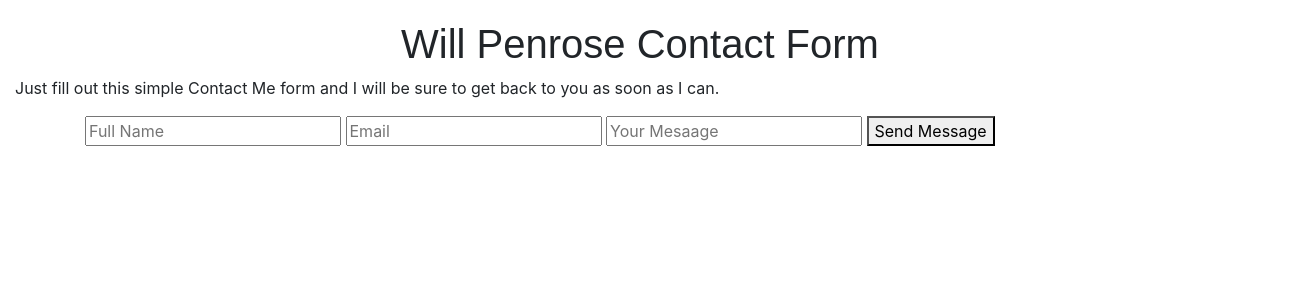
Repository: Code-Institute-Submissions/user-centric-frontend-dev-milestone-project
Page: contact.html
The author's editor kept a record of every edit. The page is drawn from the files as they stood at one moment, then again after the next edit.
The browser window is 1280 px wide. The page is 1280 px wide, then 1295 px, so the pictures cover 1295 px, including what lies to the right of the window. The pictures show the whole page.
Some web fonts or font styles are not loaded; a fallback is used.

Above is the page before.

### contact.html
<!DOCTYPE html>
<html lang="en">
<head>
    <meta charset="UTF-8">
    <meta name="viewport" content="width=device-width, initial-scale=1.0">
    <meta http-equiv="X-UA-Compatible" content="ie=edge">
    <link rel="stylesheet" href="style.css" type="text/css" />
    <link rel="stylesheet" href="https://stackpath.bootstrapcdn.com/bootstrap/4.3.1/css/bootstrap.min.css" type="text/css" />
    <title>Will Penrose Contact Form</title>
</head>
<body>
    <div class="container-fluid">
        <div class="row">
            <div class="col">
                <h1 class="contact-title">Will Penrose Contact Form</h1>
                <p class="contact-paragraph">
                    Just fill out this simple Contact Me form and I will be sure to get back to you as soon as I can.
                </p>
            </div>
        </div>
    </div>
    <div class="container contact-form">
        <div class="row">
            <div class="col-12">
                <form>
                    <input type="text" name="Name" placeholder="Full Name"/>
                    <input type="text" name="Email" placeholder="Email"/>
                    <input type="textarea" name="Mesaage" placeholder="Your Mesaage"/>
                    <button name="Send" type="submit">Send Message</button>
                </form>
            </div>
        </div>
    </div>
</body>
</html>

### assets/css/style.css
@import url('https://fonts.googleapis.com/css?family=Odibee+Sans&display=swap:100,200,300,400,500,600,700|PT Sans Narrow:100,200,300,400,500,600,700');

/*---------------------------Navbar*/

.navbar {
    font-family: "Odibee Sans", sans-serif;
    font-size: 20px;
    letter-spacing: 1px;
    font-weight: 600;
}

/*---------------------------General*/

.inline-block {
    display: inline-block;
}

/*---------------------------Home Page Heading*/

.heading {
    text-align: center;
    margin: 0;
    padding-top: 100px;
}

img {
    width: 100%;
    height: 100%;
}

.jumbotron .name {
    font-family: "Odibee Sans", sans-serif;
    font-weight: 500;
    font-size: 60px
}

.jumbotron .title {
    font-family: "PT Sans Narrow", sans-serif;
    font-weight: 300;
    font-size: 40px
}

/*----------------------Home Page Text*/

.paragraph-heading {
    font-family: "Odibee Sans", sans-serif;
    font-size: 50px;
    text-align: center;
    text-decoration: underline;

}

.home-paragraphs {
    font-family: "PT Sans Narrow", sans-serif;
    font-size: 30px;
    width: 100%;
}

/*----------------------Media Quires*/

@media (max-width: 992px) {
    .home-paragraphs {
        padding-top: 20px;
    }
}

/*----------------------Contact Form*/


.contact-title {
    font-family: "Odibee Sans", sans-serif;
    padding-top: 20px;
    text-align: center;
}

/*----------------------Footer and Socials*/

footer {
    background-color: #343a40;
    color: rgba(255, 255, 255, 0.5);
    margin-top: 10px
}

.footer-paragraph {
    font-family: "PT Sans Narrow", sans-serif;
    text-align: center;
    font-size: 20px;
    font-weight: 400;
}

.footer-section {
    padding-top: 30px;
    text-align: center;
    font-family: "Odibee Sans", sans-serif;
    letter-spacing: 1px;
    font-size: 20px;
    font-weight: 600;
}

/*----------------------Footer Icons*/

.social-links li a i {
    width: 64px;
    height: 64px;
    color: #fff;
    padding: 30px;
}


p a i {
    width: 64px;
    height: 64px;
    color: #fff;
    padding-top: 20px;
}


/*----------------------Story Page*/

.story {
    margin: 0;
    padding-top: 100px;
}

.story-heading {
    font-family: "Odibee Sans", sans-serif;
    font-size: 50px;
    text-align: center;
}

.story-paragraphs {
    font-family: "PT Sans Narrow", sans-serif;
    font-size: 30px;
    display: inline-block;
}


/*----------------------Story Subheadings*/

.birth-subheading {
    font-family: "Odibee Sans", sans-serif;
    font-size: 40px;
    text-align: left;
    text-decoration: underline;
    padding-bottom: 10px
}

.years-subheading {
    font-family: "Odibee Sans", sans-serif;
    font-size: 40px;
    text-align: left;
    text-decoration: underline;
    padding-bottom: 10px
}

.leading-subheading {
    font-family: "Odibee Sans", sans-serif;
    font-size: 40px;
    text-align: left;
    text-decoration: underline;
    padding-bottom: 10px
}

.teen-subheading {
    font-family: "Odibee Sans", sans-serif;
    font-size: 40px;
    text-align: left;
    text-decoration: underline;
    padding-bottom: 10px
}

.present-subheading {
    font-family: "Odibee Sans", sans-serif;
    font-size: 40px;
    text-align: left;
    text-decoration: underline;
    padding-bottom: 10px
}


/*----------------------Gallery Page*/

.gallery {
    margin: 0;
    padding-top: 100px;
}

.gallery-heading {
    font-family: "Odibee Sans", sans-serif;
    font-size: 50px;
    text-align: center;
}

/*----------------------Gallery Images*/

.toprow {
    border-style: solid;
    border-width: 5px;
    border-color: #000;
    max-width: 100%;
    height: auto;
    padding-right: 10px;
    padding-left: 10px;
}

.image_group {
    font-family: "PT Sans Narrow", sans-serif;
    font-size: 25px;
    font-weight: 700;
    padding: 30px;
    text-align: center;
    text-decoration: underline;
}

.second-row {
    border-style: solid;
    border-width: 5px;
    border-color: #000;
    max-width: 100%;
    height: auto;
    padding-right: 10px;
    padding-left: 10px;
}

.third-row {
    border-style: solid;
    border-width: 5px;
    border-color: #000;
    max-width: 100%;
    height: auto;
    padding-right: 10px;
    padding-left: 10px;
}

After the next edit:
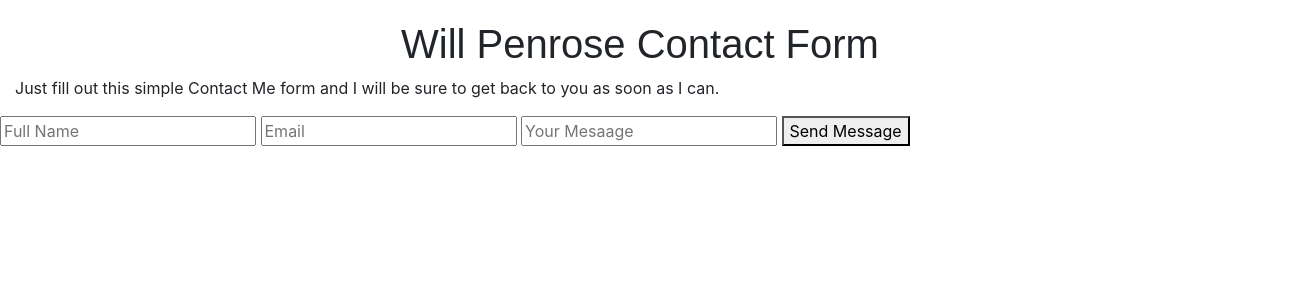
The edit:
--- a/contact.html
+++ b/contact.html
@@ -19,7 +19,7 @@
             </div>
         </div>
     </div>
-    <div class="container contact-form">
+
         <div class="row">
             <div class="col-12">
                 <form>
